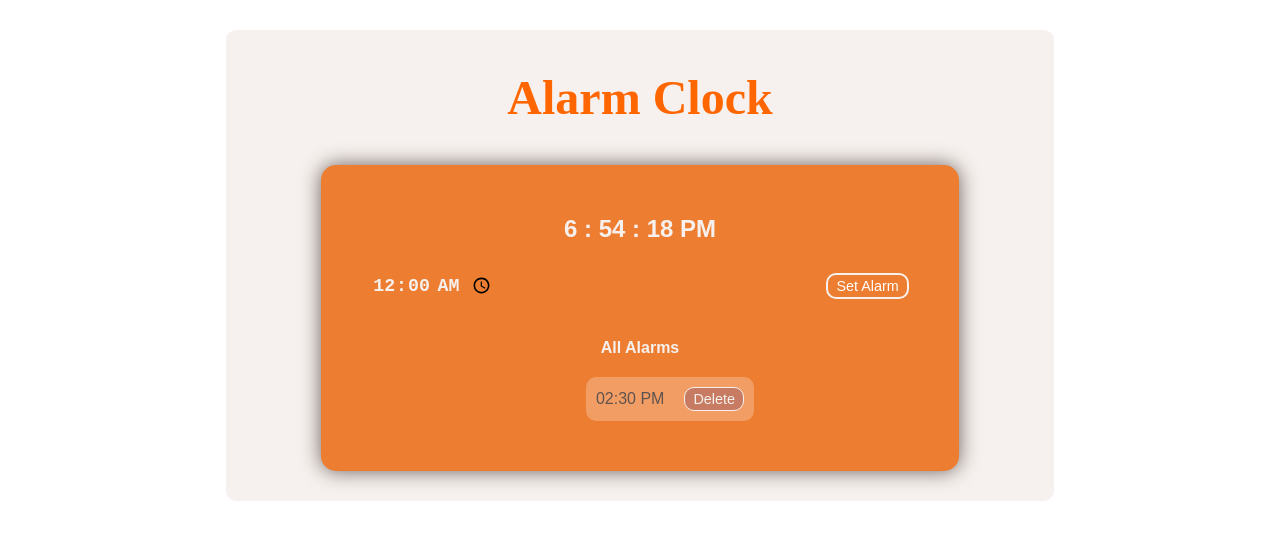
Repository: Pragya016/Alarm-Clock
Page: Index.html
An editor plug-in stored every save of this project. The page is shown before and after a run of saves, followed by the edit.
The browser window is 1280 px wide. The pictures show the whole page.

Above is the page before, as saved 2024-01-19 19:29:19.

After the next 3 saves:
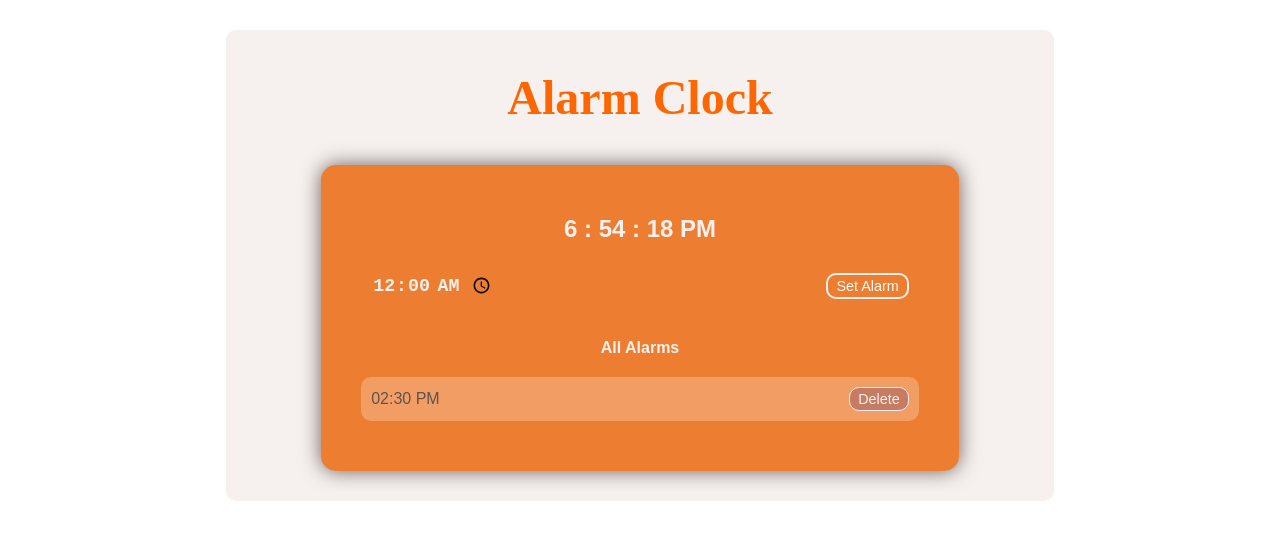
The 3 saves are shown as one change because they came seconds apart.
The last was saved 12 s later.
--- a/Index.html
+++ b/Index.html
@@ -34,16 +34,14 @@
             <div id="all-alarms">
                 <p class="heading"><b>All Alarms</b>
                 </p>
-                <ul id="#alamrs-list">
-                <d class="alarm">
+                <div class="alarm">
                     <p class="preSetAlarmTime">
                         02:30 PM
                     </p>
                     <button type="button" class="dlt-alarm-btn">
                         Delete
                     </button>
-                </d>
-                </ul>
+                </div>
             </div>
         </div>
     </div>
